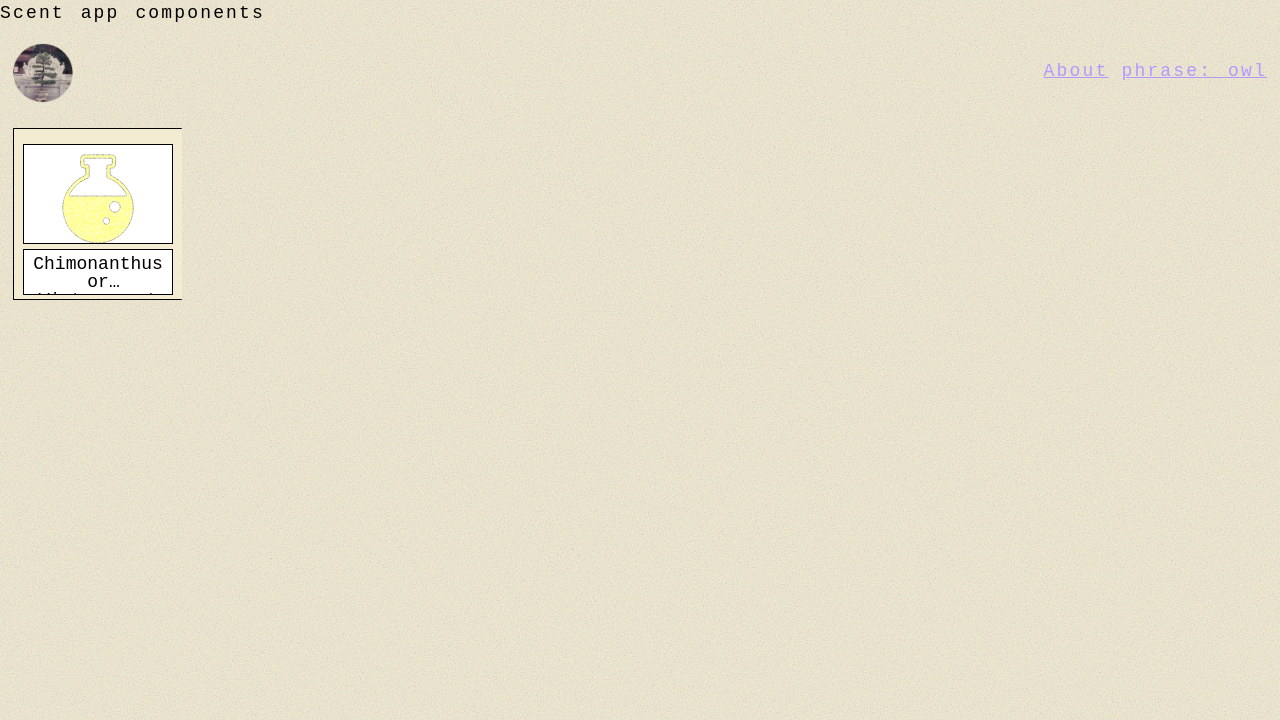
Repository: magiai/scent-app
Page: /
An editor plug-in stored every save of this project. The page is shown before and after the next save, followed by the edit.
The browser window is 1280 px wide. The pictures show the whole page.
The project was rebuilt for these pictures with package versions that can differ from the ones it lists, and the page was loaded fresh each time. The framework's server and built-in components were replaced by stand-ins that run in the browser.

Above is the page before, as saved 2022-12-01 11:34:08.

After the next save:
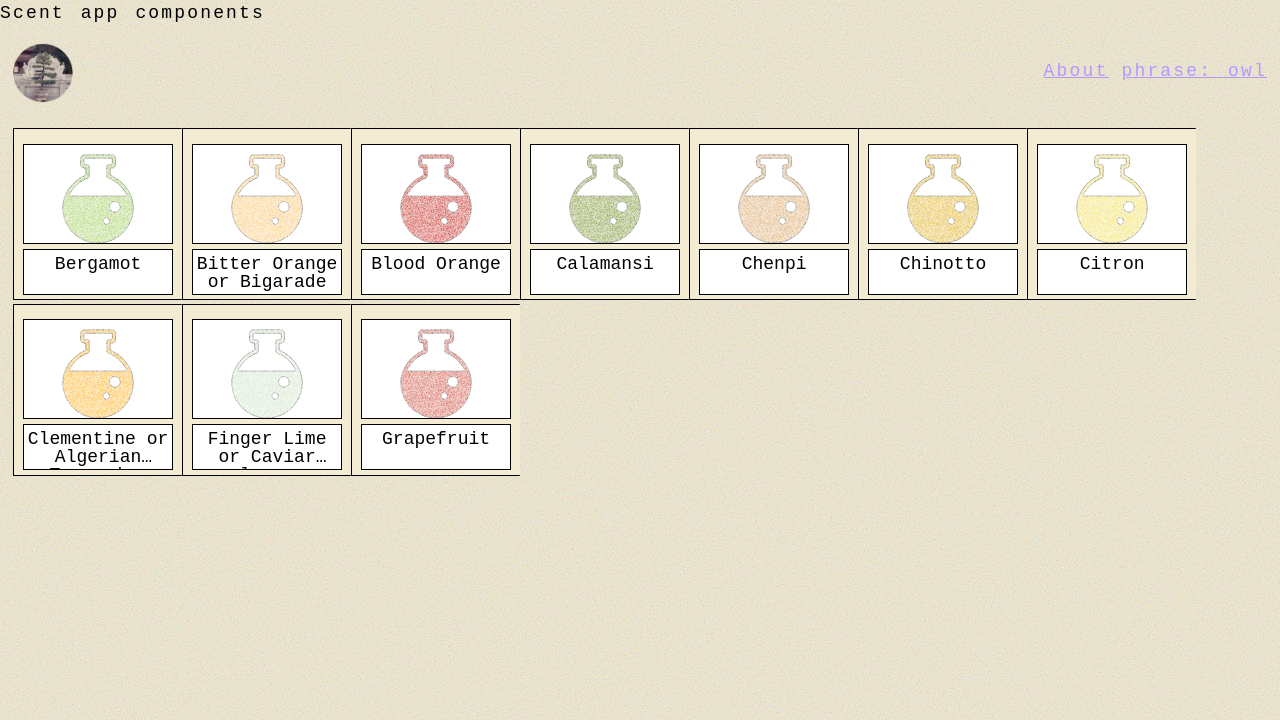
Saved 2 min 57 s later.
--- a/pages/index.tsx
+++ b/pages/index.tsx
@@ -14,9 +14,16 @@ export default function Home() {
         </Head>
 
         <main>
-            <Scent liquidColor="yellow"
-                label = "Chimonanthus or Wintersweet"
-                isBasic = {false} />
+            {
+                scents.map(scent => {
+                    return(
+                        <Scent
+                            liquidColor = { scent.color }
+                            label = { scent.name }
+                            isBasic = { scent.isBasic } />
+                    )
+                })
+            }
 
         </main>
 
